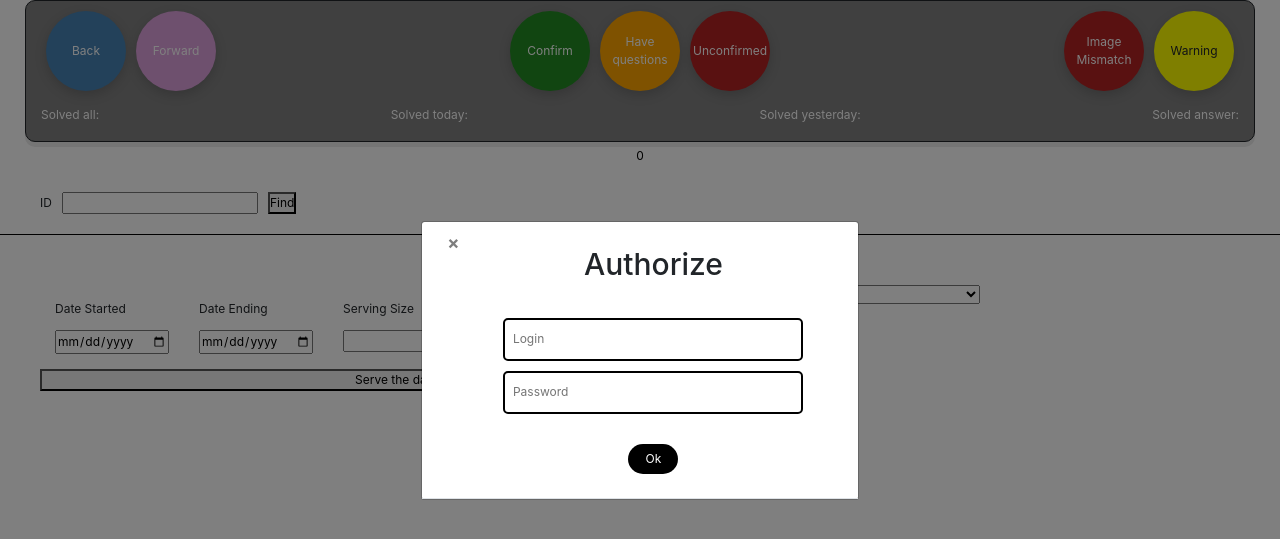
Repository: dmitryglitch/Product-Comparison
Page: /
These files come from the project's save history. The page is drawn as it stood at one moment and after the next save; the edit follows.
The browser window is 1280 px wide. The pictures show the whole page.
The page's requests for data from a server got no answer. The project was rebuilt for these pictures with package versions that can differ from the ones it lists, and the page was loaded fresh each time. No one was signed in, and anything a server would have sent is missing. Also part of the build but not shown: src/containers/App.css, src/components/Product/ProductOptions.jsx, src/components/Product/ProductImages.jsx, src/components/Product/ProductSpec.jsx, src/components/Product/Product.jsx.

Above is the page before, as saved 2020-02-17 20:55:01.

### src/index.js
import React from 'react';
import ReactDOM from 'react-dom';
import './index.css';
import App from './containers/App';
import * as serviceWorker from './serviceWorker';
import 'bootstrap/dist/css/bootstrap.min.css';
import $ from 'jquery';
import Popper from 'popper.js';
import 'bootstrap/dist/js/bootstrap.bundle.min';

import {createStore, applyMiddleware} from 'redux'
import {composeWithDevTools} from 'redux-devtools-extension';
import thunk from 'redux-thunk'

import reducer from './reducers'
import {Provider} from 'react-redux'

const store = createStore(reducer, composeWithDevTools(applyMiddleware(thunk)));

const rootElement = document.getElementById('root');
ReactDOM.render(
    <Provider store={store}>
        <App/>
    </Provider>,
    rootElement
);

// If you want your app to work offline and load faster, you can change
// unregister() to register() below. Note this comes with some pitfalls.
// Learn more about service workers: https://bit.ly/CRA-PWA
serviceWorker.unregister();

### src/index.css
html {
  height: 100vh;
  width: 100vw;
  font-size: 12px;
}

*,
body {
  margin: 0;
  padding: 0;
  font-family: -apple-system, BlinkMacSystemFont, "Segoe UI", "Roboto", "Oxygen",
    "Ubuntu", "Cantarell", "Fira Sans", "Droid Sans", "Helvetica Neue",
    sans-serif;
  -webkit-font-smoothing: antialiased;
  -moz-osx-font-smoothing: grayscale;
}

.root {
  display: grid;
  width: 100%;
}

code {
  font-family: source-code-pro, Menlo, Monaco, Consolas, "Courier New",
    monospace;
}

.product-container {
  width: 100%;
  height: 100%;
  display: flex;
  justify-content: center;
  flex-direction: row;
}

.product-container-item {
  width: 50%;
  padding: 20px;
  margin: 25px;

  box-shadow: 0 5px 0 #ebebeb;
  display: flex;
  align-items: center;
  flex-direction: column;

  border: 1px solid;
  border-radius: 10px;
}

.product-container-item-name {
  width: 95%;
  height: fit-content;
  padding: 10px;

  display: flex;
  justify-content: center;
  align-items: center;
  text-align: center;
  flex-direction: column;
  box-shadow: 0 5px 0 #ebebeb;

  background-color: linen;
  border-radius: 10px;
}

/* OPTIONS */
.options-container-head {
  display: flex;
  justify-content: space-between;
  text-align: center;

  margin: 10px;
}

.options-container-head h4 {
  width: 50%;
}

.options-container {
  width: 95%;
  padding: 10px;

  display: flex;
  flex-direction: column;

  margin-top: 25px;
  background-color: aliceblue;
  border-radius: 10px;
  box-shadow: 0 5px 0 #ebebeb;
}

.options-item {
  display: flex;
  margin: 15px;
}

.options-item-name {
  width: 50%;
}

.options-item-value {
  width: 50%;
}

.options-name {
  font-weight: bold;
}

/* SPECS */
.specs-container-head {
  display: flex;
  justify-content: space-between;
  text-align: center;

  padding: 10px;
}

.specs-container-head h4 {
  width: 50%;
}

.specs-container {
  width: 95%;
  padding: 10px;

  display: flex;
  flex-direction: column;
  margin-top: 25px;

  box-shadow: 0 5px 0 #ebebeb;
  border-radius: 10px;
  background-color: lavenderblush;
}

.specs-item {
  display: flex;
  margin: 15px;
}

.specs-item-name {
  width: 50%;
}

.specs-item-value {
  width: 50%;
}

.specs-name {
  font-weight: bold;
}

.specs-notation {
  cursor: pointer;
  margin: 5px;
  text-align: center;
}

.product-container-item-name p {
  font-size: 12px;
}

.image-gallery.image-gallery-using-mouse {
  width: 100%;
}

.image-gallery-slide-wrapper.bottom {
  width: 400px;
  height: fit-content;
}

.image-gallery-content.bottom {
  position: relative;
  line-height: 0;
  top: 0;
  display: flex;
  flex-direction: column;
  align-items: center;
}

.image-gallery-thumbnails-container {
  display: flex;
  flex-wrap: wrap;
}

.image-gallery-thumbnail {
  width: 70px !important;
  height: 70px;
}

.line {
  width: 100%;
  height: 1px;
  background-color: black;
}

.image-gallery-container {
  margin: 25px;
}

.image-gallery.image-gallery-using-mouse {
  display: flex;
  justify-content: center;
  align-items: center;
}

.image-gallery-content.bottom.fullscreen {
  width: 50%;
}

.image-gallery-slide-wrapper.bottom {
  width: 100%;
}

/*BUTTON-BAR*/
.button-bar-content {
  display: flex;
  flex-direction: column;
  justify-content: space-between;
  padding: 5px 15px 5px 15px;
  margin: 0 25px 5px 25px;
  border: 1px solid;
  border-radius: 10px;
  background-color: gray;
  box-shadow: 0 5px 0 #ebebeb;
}

.button-bar-content-top {
  display: flex;
  justify-content: space-between;
}

.button-bar-content-center-bt {
  display: flex;
}

.button-bar-content-center button {
  margin: 5px;
}

.button-bar-info-content {
  text-align: center;
  color: black;
}

.button-bar-content-left button {
  width: 80px;
  height: 80px;
  margin: 5px;
  border-radius: 100px;
  cursor: pointer;
  box-shadow: 0px 4px 12px rgba(0, 0, 0, 0.17);
  border: 0;
  color: #fff;
}

.btn-back {
  background-color: steelblue;
}

.btn-forward {
  background-color: plum;
}

.btn-confirm {
  width: 80px;
  height: 80px;
  border-radius: 100px;
  background-color: forestgreen;
  cursor: pointer;
  box-shadow: 0px 4px 12px rgba(0, 0, 0, 0.17);
  border: 0;
  color: #fff;
}

.btn-questions {
  width: 80px;
  height: 80px;
  border-radius: 100px;
  background-color: orange;
  cursor: pointer;
  box-shadow: 0px 4px 12px rgba(0, 0, 0, 0.17);
  border: 0;
  color: #fff;
}

.btn-unconfirmed {
  width: 80px;
  height: 80px;
  border-radius: 100px;
  background-color: firebrick;
  cursor: pointer;
  box-shadow: 0px 4px 12px rgba(0, 0, 0, 0.17);
  border: 0;
  color: #fff;
}

.btn-warning {
  width: 80px;
  height: 80px;
  border-radius: 100px;
  background-color: yellow !important;
  cursor: pointer;
  box-shadow: 0px 4px 12px rgba(0, 0, 0, 0.17);
  border: 0;
  color: #000;
}

.btn-mismatch {
  width: 80px;
  height: 80px;
  border-radius: 100px;
  background-color: firebrick;
  cursor: pointer;
  box-shadow: 0px 4px 12px rgba(0, 0, 0, 0.17);
  border: 0;
  color: #fff;
}

.button-modal-auth {
  display: none;
}

.button-bar-content-right {
  display: flex;
}

.button-bar-content-right button {
  margin: 5px;
}

/*.button-bar-contaner {*/
/*    width: 100%;*/
/*    position: absolute;*/
/*    bottom: 0;*/
/*}*/

.logout {
  display: flex;
  justify-content: flex-end;
  align-items: center;
  padding: 10px;
}

.modal-body.modal-auth-body {
  text-align: center;
  justify-content: center;
  align-items: center;
  flex-direction: column;
  height: fit-content;
  width: 100%;
}

.auth-button {
  width: 50px;
}

.modal-body-input-form {
  display: flex;
  flex-direction: column;
  padding: 30px;
}

.modal-body-input-form input {
  width: 300px;
}

.modal-body-input-login {
  margin-bottom: 10px;
  border: 2px double;
  border-radius: 5px;
  padding: 10.5px 8px;
}

.modal-body-input-password {
  border: 2px double;
  border-radius: 5px;
  padding: 10.5px 8px;
}

.modal-auth {
  display: flex !important;
  width: 100%;
  height: 100%;
  justify-content: center;
  align-items: center;
}

.modal-auth-dialog {
  width: 500px;
}

.logout-user-name {
  margin-right: 10px;
}

.modal-header .close {
  padding: 5px;
  width: 40px;
  height: 40px;
}

.modal-body-input-form {
  display: flex;
  flex-direction: column;
  padding: 30px;
}

.modal-body-button-form button {
  width: 50px;
  background-color: #000;
  border: 0 solid transparent;
  cursor: pointer !important;
  color: #fff;
  border-radius: 100px;
  outline: none;
  height: 30px;
}

/*STATISTIC*/
.statistic-container {
  display: flex;
  justify-content: space-between;
  align-items: center;
  margin-top: 10px;
  color: #fff;
}

/* SEARCH */
.search-content {
  padding: 5px 15px 5px 15px;
  margin: 0 25px 5px 25px;
}

.search-content input {
  margin: 10px;
}

/* REVIEW */
.review-container {
  display: flex;
  flex-direction: column;
}

.review-content {
  display: flex;
  padding: 5px 15px 5px 15px;
  margin: 0 25px 5px 25px;
}

.review-content-head {
  display: flex;
  font-size: 22px;
  flex-direction: column;
  align-items: center;
}

.review-content-left {
  width: 100%;
  display: flex;
  flex-direction: column;
}

.review-content-right {
  width: 100%;
}

.review-list-user select {
  width: 200px;
}

.review-inputs-container {
  display: flex;
}
.review-inputs-container div {
  margin: 15px;
}

/* INPUTS */

### src/reducers/index.js
import { combineReducers } from 'redux';
import product from './product';
import user from './user'

export default combineReducers({
    product,
    user
})

### src/components/ButtonBar/ButtonBar.jsx
import React from 'react'


const ButtonBar = ({
                       idCurrentCoupleProduct,
                       sendAnswerCoupleProduct,
                       getBackCoupleProducts,
                       getForwardCoupleProducts,
                       dateCoupleProducts,
                       answerUser,
                       statistics
                   }) => {

    const handleClick = (answer) => {
        sendAnswerCoupleProduct(idCurrentCoupleProduct, answer);
    };

    const handleClickOnBackButton = () => {
        getBackCoupleProducts(dateCoupleProducts)
    };

    const handleClickOnForwardButton = () => {
        getForwardCoupleProducts(dateCoupleProducts)
    };

    return (
        <>
            <div className="button-bar-content">
                <div className="button-bar-content-top">
                    <div className="button-bar-content-left">
                        <button className="btn-back" onClick={handleClickOnBackButton}>Back</button>
                        <button className="btn-forward" onClick={handleClickOnForwardButton}>Forward</button>
                    </div>
                    <div className="button-bar-content-center">
                        <div className="button-bar-content-center-bt">
                            <button className="btn-confirm" onClick={() => handleClick('confirm')}>Confirm</button>
                            <button className="btn-questions" onClick={() => handleClick('questions')}>Have questions
                            </button>
                            <button className="btn-unconfirmed" onClick={() => handleClick('unconfirmed')}>Unconfirmed
                            </button>
                        </div>
                    </div>
                    <div className="button-bar-content-right">
                        <button className="btn-mismatch" onClick={() => handleClick('unconfirmed_image')}>Image
                            Mismatch
                        </button>
                        <button className="btn-warning" onClick={() => handleClick('warning')}>Warning</button>
                    </div>
                </div>
                <div className="button-bar-content-down">
                    <div className="statistic-container">
                        <p>Solved all: {statistics.all}</p>
                        <p>Solved today: {statistics.today}</p>
                        <p>Solved yesterday: {statistics.yesterday}</p>
                        <p>Solved answer: {answerUser}</p>

                    </div>
                </div>
            </div>
            <div className="button-bar-info">
                <div className="button-bar-info-content">
                    <p>{idCurrentCoupleProduct}</p>
                </div>
            </div>
        </>
    )
};

export default ButtonBar;

### src/components/ModalAuth/ModalAuth.js
import React from "react";

class ModalAuth extends React.Component {
    state = {
        login: "",
        password: ""
    };

    authUser = () => {
        let {login, password} = this.state;
        this.props.onSendLoginUser(login, password);
    };

    handleChange = e => {
        let classNameInput = e.target.className;
        let valueInput = e.target.value;

        if (classNameInput === "modal-body-input-login") {
            this.setState({login: valueInput});
        } else {
            this.setState({password: valueInput});
        }
    };

    render() {
        return (
            <div
                className="modal fade modal-auth"
                id="modal-auth"
                tabIndex="-1"
                role="dialog"
                aria-labelledby="exampleModalLabel"
                aria-hidden="true"
                data-backdrop="static"
                data-keyboard="false"
            >
                <div className="modal-dialog modal-auth-dialog" role="document">
                    <div className="modal-content">
                        <div className="modal-header">
                            <button
                                type="button"
                                className="close"
                                data-dismiss="modal"
                                aria-label="Close"
                            >
                <span className="span-aria-hidden" aria-hidden="true">
                  &times;
                </span>
                            </button>
                            <div className="modal-body modal-auth-body">
                                <div className="modal-body-header">
                                    <h1>Authorize</h1>
                                </div>
                                <div className="modal-body-input-form">
                                    <input
                                        onChange={this.handleChange}
                                        className="modal-body-input-login"
                                        placeholder="Login"
                                        type="text"
                                    />
                                    <input
                                        onChange={this.handleChange}
                                        className="modal-body-input-password"
                                        placeholder="Password"
                                        type="password"
                                    />
                                </div>
                                <div className="modal-body-button-form">
                                    <button className="auth-button" onClick={this.authUser}>
                                        Ok
                                    </button>
                                </div>
                            </div>
                        </div>
                    </div>
                </div>
            </div>
        );
    }
}

export default ModalAuth;

### src/components/Search/Search.jsx
import React, {Component} from 'react';

class Search extends Component {
    state = {
        id: ''
    };

    handleClick = () => {
        this.props.searchCoupleProducts(this.state.id)
    };

    render() {
        return (
            <>
                <div className="search-content">
                    <span>ID</span>
                    <input onChange={(e) => { this.setState({id: e.target.value}) }} type="text"/>
                    <button onClick={this.handleClick}>Find</button>
                </div>
            </>
        )
    }

}

export default Search;

### src/components/Review/Review.js
import React, { Component } from "react";
import Inputs from "./Inputs";
import ListUser from "./ListUser";

class Review extends Component {
  render() {
    return (
      <>
        <div className="review-content-head">
          <div className="line"></div>
          <p>Check</p>
        </div>
        <div className="review-content">
          <div className="review-content-left">
            <Inputs />
            <button>Serve the database</button>
          </div>
          <div className="review-content-right">
            <ListUser />
          </div>
        </div>
      </>
    );
  }
}

export default Review;

### src/actions/user.js
export const sendUserLogin = (userName, password) => dispatch => {
    dispatch({type: 'SEND_LOGIN_USER_STARTED'});

    let data = new FormData();
    data.append('userName', userName);
    data.append('password', password);

    fetch(
        'http://match-dev.protarget.pro/backend/isLogined.php', {
            method: "POST",
            credentials: 'same-origin',
            headers: {Accept: "application/json"},
            body: data,
        })
        .then(res => res.json())
        .then(json => {
            console.log(json);
            if (json.result === 'ok') {
                dispatch({type: 'SEND_LOGIN_USER_SUCCESS', payload: json.userName});
                window.location.reload();
            } else {
                // console.log(json.errtext);
                alert(json.errtext)
            }
        })
        .catch(error => dispatch({type: 'SEND_LOGIN_USER_ERROR', payload: error}));
};

export const logOut = (userName, password) => dispatch => {
    dispatch({type: 'LOGOUT_USER_STARTED'});

    let data = new FormData();
    data.append('userName', userName);
    data.append('password', password);

    fetch(
        'http://match-dev.protarget.pro/backend/logOut.php', {
            method: "POST",
            credentials: 'same-origin',
            headers: {Accept: "application/json"},
            body: data,
        })
        .then(res => res.json())
        .then(json => {
            console.log(json);
            if (json.result === 'ok') {
                dispatch({type: 'LOGOUT_USER_SUCCESS', payload: json.userName});
                window.location.reload();
            } else {
                // console.log(json.errtext);
                alert(json.errtext)
            }
        })
        .catch(error => dispatch({type: 'LOGOUT_USER_ERROR', payload: error}));
};

### src/actions/buttonbar.js
import { getCoupleProducts } from "./product";

export const sendAnswerCoupleProduct = (id, answer) => dispatch => {
  dispatch({ type: "SEND_ANSWER_STARTED" });
  console.log("ID", id);
  console.log("ANSWER", answer);

  let data = new FormData();
  data.append("id", id);
  data.append("answer", answer);

  fetch("http://match-dev.protarget.pro/backend/setUserAnswer.php", {
    method: "POST",
    credentials: "same-origin",
    headers: { Accept: "application/json" },
    body: data
  })
    .then(res => res.json())
    .then(json => {
      dispatch({ type: "SEND_ANSWER_SUCCESS", payload: data });
      console.log(json);

      if (json.check === true) {
        dispatch(getCoupleProducts());
      }
    })
    .catch(error => {
      dispatch({ type: "SEND_ANSWER_ERROR", payload: error });
      alert(error);
    });
};

### src/reducers/product.js
const initialState = {
    isFetching: false,
    isError: null,
    id: 0,
    date: null,
    answerUser: null,
    statistics: {},
    id_answer: 0,
    result: null,
    massProducts: null
};

const product = (state = initialState, action) => {
    switch (action.type) {
        case 'GET_COUPLE_PRODUCTS_SUCCESS':
            return {
                ...state,
                isFetching: false,
                isError: null,
                isLogin: true,
                id: action.payload.id,
                date: action.payload.date,
                answerUser: action.payload.answerUser,
                statistics: action.payload.statistics,
                id_answer: action.payload.id_answer,
                result: action.payload.result,
                massProducts: action.payload.massProducts
            };

        case 'GET_BACK_COUPLE_PRODUCTS_SUCCESS':
            return {
                ...state,
                isFetching: false,
                isError: null,
                isLogin: true,
                id: action.payload.id,
                date: action.payload.date,
                answerUser: action.payload.answerUser,
                statistics: action.payload.statistics,
                id_answer: action.payload.id_answer,
                result: action.payload.result,
                massProducts: action.payload.massProducts
            };

        case 'GET_FORWARD_COUPLE_PRODUCTS_SUCCESS':
            return {
                ...state,
                isFetching: false,
                isError: null,
                isLogin: true,
                id: action.payload.id,
                date: action.payload.date,
                answerUser: action.payload.answerUser,
                statistics: action.payload.statistics,
                id_answer: action.payload.id_answer,
                result: action.payload.result,
                massProducts: action.payload.massProducts
            };

        case 'SEARCH_COUPLE_PRODUCTS_SUCCESS':
            return {
                ...state,
                isFetching: false,
                isError: null,
                isLogin: true,
                id: action.payload.id,
                date: action.payload.date,
                answerUser: action.payload.answerUser,
                statistics: action.payload.statistics,
                id_answer: action.payload.id_answer,
                result: action.payload.result,
                massProducts: action.payload.massProducts
            };

        case 'GET_COUPLE_PRODUCTS_STATED':
        case 'GET_BACK_COUPLE_PRODUCTS_STATED':
        case 'GET_FORWARD_COUPLE_PRODUCTS_STATED':
        case 'SEARCH_COUPLE_PRODUCTS_STATED':
            return {
                ...state,
                isFetching: true,
                isError: null
            };

        case 'GET_COUPLE_PRODUCTS_LOGIN_ERROR':
        case 'GET_BACK_COUPLE_PRODUCTS_LOGIN_ERROR':
        case 'GET_FORWARD_COUPLE_PRODUCTS_LOGIN_ERROR':
        case 'SEARCH_PRODUCTS_LOGIN_ERROR':
            return {
                ...state,
                isFetching: true,
                isError: null,
                isLogin: false
            };

        case 'GET_COUPLE_PRODUCTS_ERROR':
        case 'GET_BACK_COUPLE_PRODUCTS_ERROR':
        case 'GET_FORWARD_COUPLE_PRODUCTS_ERROR':
        case 'SEARCH_COUPLE_PRODUCTS_ERROR':
            return {
                ...state,
                isFetching: false,
                isError: action.payload
            };

        default:
            return state;
    }
};

export default product

### src/reducers/user.js
const initialState = {
    userName: '',
    isLogin: false,
    isFetching: true,
    isError: null
};

const user = (state = initialState, action) => {
    switch (action.type) {
        case 'SEND_LOGIN_USER_SUCCESS':
            return {
                ...state,
                userName: action.payload,
                isFetching: false,
                isError: null,
                isLogin: true,
            };

        case 'LOGOUT_USER_SUCCESS':
            return {
                ...state,
                userName: '',
                isFetching: false,
                isError: null,
                isLogin: false,
            };

        case 'SEND_LOGIN_USER_STARTED':
        case 'LOGOUT_USER_STARTED':
            return {
                ...state,
                isFetching: true,
                isError: null
            };

        case 'SEND_LOGIN_USER_ERROR':
        case 'LOGOUT_USER_ERROR':
            return {
                ...state,
                isFetching: false,
                isError: action.payload
            };


        default:
            return state;
    }

};

export default user

### src/components/Review/Inputs.jsx
import React from "react";

const Inputs = () => {
  return (
    <>
      <div className="review-inputs-container">
        <div className="input-started">
            <p>Date Started</p>
            <input type="date"/>
        </div>
        <div className="input-ending">
            <p>Date Ending</p>
            <input type="date"/>
        </div>
        <div className="input-serving-size">
            <p>Serving Size</p>
            <input type="text"/>
        </div>
        <div className="input-percent">
            <p>% verified</p>
            <input type="text"/>
        </div>
      </div>
    </>
  );
};

export default Inputs;

### src/components/Review/ListUser.jsx
import React from "react";

const ListUser = () => {
  return (<>
  <div className="review-list-user">
      <select id="">
          <option>По всем</option>
      </select>
  </div>
  </>);
};

export default ListUser;

Loaded but not shown: public/index.html (common file); src/serviceWorker.js (common file); src/actions/product.js (158 lines, source omitted); src/containers/App.js (127 lines, source omitted)

After the next save:
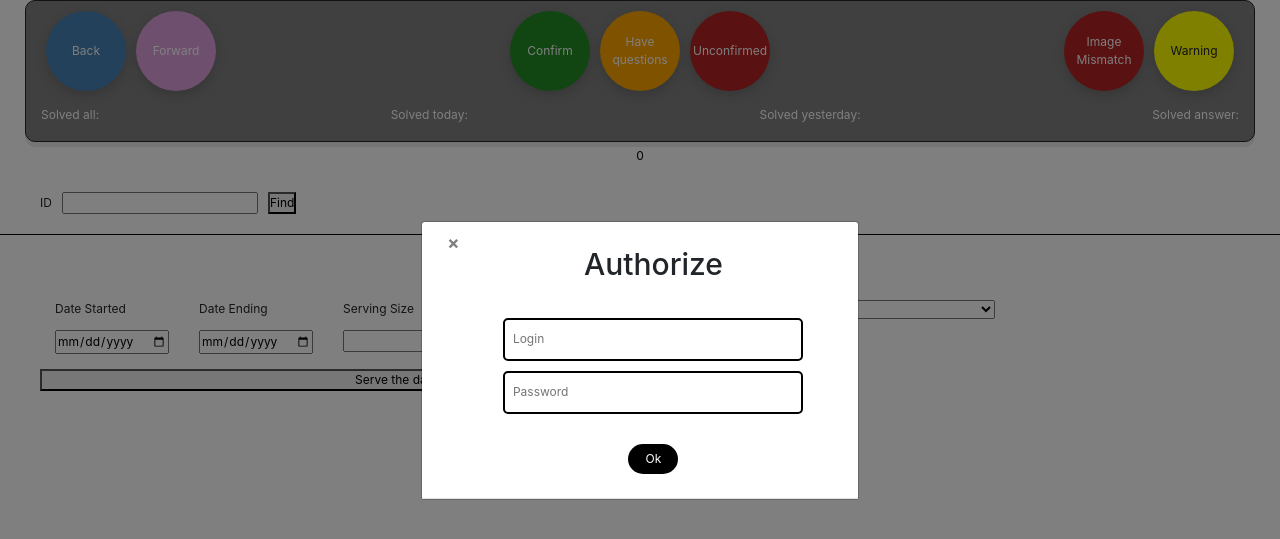
Saved 27 s later.
--- a/src/index.css
+++ b/src/index.css
@@ -466,6 +466,7 @@ code {
 
 .review-list-user select {
   width: 200px;
+  margin: 15px;
 }
 
 .review-inputs-container {
